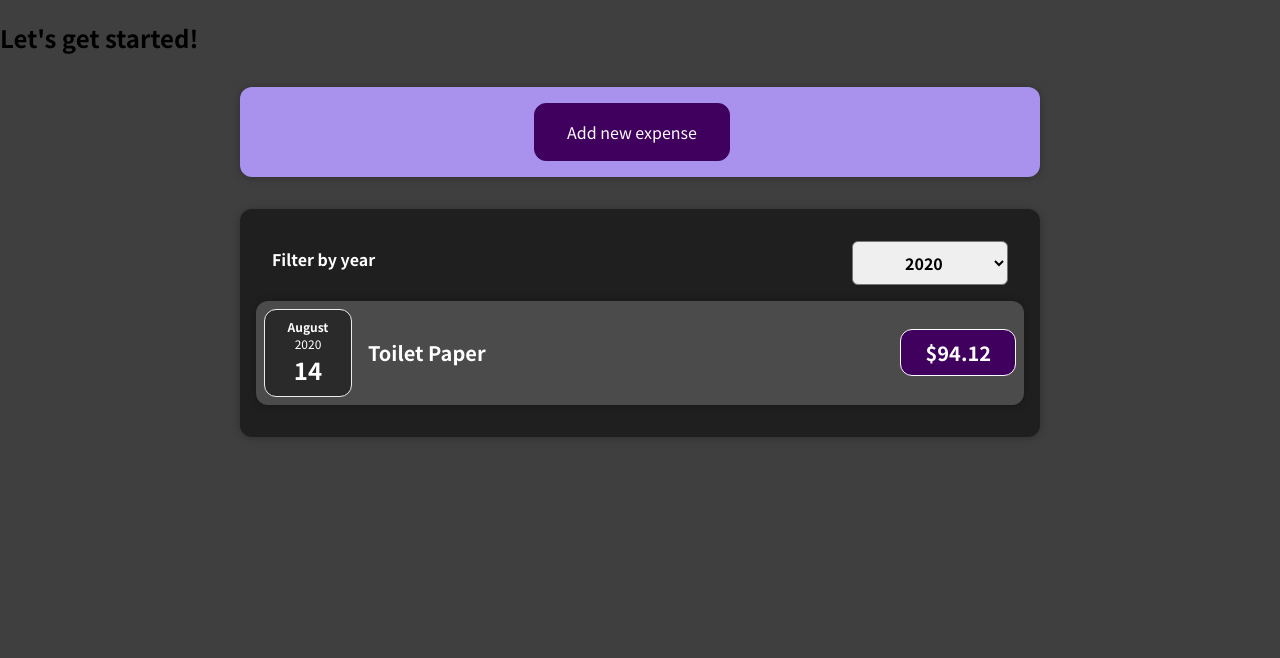
Repository: Dark-Developer93/react-complete-guide
Page: /
These files come from the project's save history. The page is drawn as it stood at one moment and after the next save; the edit follows.
The browser window is 1280 px wide. The pictures show the whole page.
The project was rebuilt for these pictures with package versions that can differ from the ones it lists, and the page was loaded fresh each time.

Above is the page before, as saved 2022-11-05 09:43:37.

### src/App.js
import React, { useState } from "react";
import Expenses from "./components/Expenses/Expenses";
import NewExpense from "./components/NewExpense/NewExpense";

const IntialExpenses = [
  {
    id: "e1",
    title: "Toilet Paper",
    amount: 94.12,
    date: new Date(2020, 7, 14),
  },
  {
    id: "e2",
    title: "New TV",
    amount: 799.49,
    date: new Date(2021, 2, 12),
  },
  {
    id: "e3",
    title: "Car Insurance",
    amount: 294.67,
    date: new Date(2021, 2, 28),
  },
  {
    id: "e4",
    title: "New Desk (Wooden)",
    amount: 450,
    date: new Date(2021, 5, 12),
  },
];

const App = () => {
  const [expenses, SetExpenses] = useState(IntialExpenses);

  const addExpenseHandler = (expense) => {
    SetExpenses((prevExpenses) => {
      return [expense, ...prevExpenses];
    });
  };

  return (
    <div>
      <h2>Let's get started!</h2>
      <NewExpense onAddExpnese={addExpenseHandler} />
      <Expenses items={expenses} />
    </div>
  );
};

export default App;

### src/components/Expenses/Expenses.js
import React, { useState } from "react";

import "./Expenses.css";
import Card from "../UI/Card";
import ExpensesFilter from "./ExpensesFilter";
import ExpensesList from "./ExpensesList";

const Expenses = (props) => {
  const [filteredYear, setFilteredYear] = useState("2020");
  const filterChangeHandler = (selectedYear) => {
    setFilteredYear(selectedYear);
    console.log(selectedYear);
  };
  const filteredExpense = props.items.filter((expense) => {
    return expense.date.getFullYear().toString() === filteredYear;
  });

  return (
    <Card className="expenses">
      <ExpensesFilter
        onChangeFilter={filterChangeHandler}
        selected={filteredYear}
      />
      <ExpensesList items={filteredExpense} />
    </Card>
  );
};

export default Expenses;

### src/components/NewExpense/NewExpense.js
import React from "react";
import "./NewExpense.css";
import ExpenseForm from "./ExpenseForm";

const NewExpense = (props) => {
  const saveExpenseDataHandler = (enteredExpenseData) => {
    const expenseData = {
      ...enteredExpenseData,
      id: Math.random().toString(),
    };
    props.onAddExpnese(expenseData);
  };
  return (
    <div className="new-expense">
      <ExpenseForm onSaveExpenseDate={saveExpenseDataHandler} />
    </div>
  );
};

export default NewExpense;

### src/components/Expenses/ExpensesFilter.js
import React from "react";

import "./ExpensesFilter.css";

const ExpensesFilter = (props) => {
  const dropDownChangeHandler = (e) => {
    props.onChangeFilter(e.target.value);
  };
  return (
    <div className="expenses-filter">
      <div className="expenses-filter__control">
        <label>Filter by year</label>
        <select onChange={dropDownChangeHandler} value={props.selected}>
          <option value="2022">2022</option>
          <option value="2021">2021</option>
          <option value="2020">2020</option>
          <option value="2019">2019</option>
        </select>
      </div>
    </div>
  );
};

export default ExpensesFilter;

### src/components/Expenses/ExpensesList.js
import React from "react";

import ExpenseItem from "./ExpenseItem";
import "./ExpensesList.css";

const ExpensesList = (props) => {
  if (props.items.length === 0) {
    return <h2 className="expenses-list__fallback">Found no expenses.</h2>;
  }
  return (
    <ul className="expenses-list">
      {props.items.map((expense) => (
        <ExpenseItem
          key={expense.id}
          title={expense.title}
          amount={expense.amount}
          date={expense.date}
        />
      ))}
    </ul>
  );
};

export default ExpensesList;

### src/components/NewExpense/NewExpense.css
.new-expense {
  background-color: #a892ee;
  padding: 1rem;
  margin: 2rem auto;
  width: 50rem;
  max-width: 95%;
  border-radius: 12px;
  text-align: center;
  box-shadow: 0 1px 8px rgba(0, 0, 0, 0.25);
}

.new-expense button {
  font: inherit;
  cursor: pointer;
  padding: 1rem 2rem;
  border: 1px solid #40005d;
  background-color: #40005d;
  color: white;
  border-radius: 12px;
  margin-right: 1rem;
}

.new-expense button:hover,
.new-expense button:active {
  background-color: #510674;
  border-color: #510674;
}

.new-expense button.alternative {
  color: #220131;
  border-color: transparent;
  background-color: transparent;
}

.new-expense button.alternative:hover,
.new-expense button.alternative:active {
  background-color: #ddb3f8;
}

### src/components/NewExpense/ExpenseForm.js
import React, { useState } from "react";
import "./ExpenseForm.css";

const ExpenseForm = (props) => {
  const [enteredTitle, setEnteredTitle] = useState("");
  const [enteredAmount, setEnteredAmount] = useState("");
  const [enteredDate, setEnteredDate] = useState("");
  // const [userInput, setUserInput] = useState({
  //   enteredTitle: "",
  //   enteredAmount: "",
  //   enteredDate: "",
  // });
  const titleChangeHandler = (e) => {
    setEnteredTitle(e.target.value);
    // setUserInput((prevState) => {
    //   return { ...prevState, enteredTitle: e.target.value };
    // });
  };
  const amountChangeHandler = (e) => {
    setEnteredAmount(e.target.value);
    // setUserInput((prevState) => {
    //   return { ...prevState, enteredAmount: e.target.value };
    // });
  };
  const dateChangeHandler = (e) => {
    setEnteredDate(e.target.value);
    // setUserInput((prevState) => {
    //   return { ...prevState, enteredDate: e.target.value };
    // });
  };
  const submitHandler = (e) => {
    e.preventDefault();
    const enteredData = {
      title: enteredTitle,
      amount: enteredAmount,
      date: new Date(enteredDate),
    };
    props.onSaveExpenseDate(enteredData);
    setEnteredTitle("");
    setEnteredAmount("");
    setEnteredDate("");
    setClicked(false);
  };
  const [clicked, setClicked] = useState(false);

  const addNewExpenseHandler = () => {
    setClicked(true);
  };
  const cancelExpenseHandler = () => {
    setClicked(false);
  };
  if (clicked === true) {
    return (
      <form onSubmit={submitHandler}>
        <div className="new-expense__controls">
          <div className="new-expense__control">
            <label>Title</label>
            <input
              type="text"
              onChange={titleChangeHandler}
              value={enteredTitle}
            />
          </div>
          <div className="new-expense__control">
            <label>Amount</label>
            <input
              type="number"
              min="0.01"
              step="0.01"
              onChange={amountChangeHandler}
              value={enteredAmount}
            />
          </div>
          <div className="new-expense__control">
            <label>Date</label>
            <input
              type="date"
              min="2019-01-01"
              max="2022-12-31"
              onChange={dateChangeHandler}
              value={enteredDate}
            />
          </div>
        </div>
        <div className="new-expense__actions">
          <button type="button" onClick={cancelExpenseHandler}>
            Cancel
          </button>
          <button type="submit">Add Expense</button>
        </div>
      </form>
    );
  }
  return <button onClick={addNewExpenseHandler}>Add new expense</button>;
};

export default ExpenseForm;

### src/components/Expenses/ExpenseItem.js
import "./ExpenseItem.css";
import ExpenseDate from "./ExpenseDate";
import Card from "../UI/Card";

const ExpenseItem = (props) => {
  const { title, amount, date } = props;
  return (
    <li>
      <Card className="expense-item">
        <ExpenseDate date={date} />
        <div className="expense-item__description">
          <h2>{title}</h2>
          <div className="expense-item__price">${amount}</div>
        </div>
      </Card>
    </li>
  );
};

export default ExpenseItem;

### src/components/Expenses/ExpenseItem.css
.expense-item {
  display: flex;
  justify-content: space-between;
  align-items: center;
  padding: 0.5rem;
  margin: 1rem 0;
  background-color: #4b4b4b;
}

.expense-item__description {
  display: flex;
  flex-direction: column;
  gap: 1rem;
  align-items: flex-end;
  flex-flow: column-reverse;
  justify-content: flex-start;
  flex: 1;
}

.expense-item h2 {
  color: #3a3a3a;
  font-size: 1rem;
  flex: 1;
  margin: 0 1rem;
  color: white;
}

.expense-item__price {
  font-size: 1rem;
  font-weight: bold;
  color: white;
  background-color: #40005d;
  border: 1px solid white;
  padding: 0.5rem;
  border-radius: 12px;
}

@media (min-width: 580px) {
  .expense-item__description {
    flex-direction: row;
    align-items: center;
    justify-content: flex-start;
    flex: 1;
  }

  .expense-item__description h2 {
    font-size: 1.25rem;
  }

  .expense-item__price {
    font-size: 1.25rem;
    padding: 0.5rem 1.5rem;
  }
}

### src/components/Expenses/ExpenseDate.js
import "./ExpenseDate.css";
const ExpenseDate = (props) => {
  const month = props.date.toLocaleDateString("en-US", { month: "long" });
  const year = props.date.getFullYear();
  const day = props.date.toLocaleDateString("en-US", { day: "numeric" });
  return (
    <div className="expense-date">
      <div className="expense-date__month">{month}</div>
      <div className="expense-date__year">{year}</div>
      <div className="expense-date__day">{day}</div>
    </div>
  );
};

export default ExpenseDate;

Loaded but not shown: public/index.html (common file); src/index.js (common file); src/index.css (common file); src/components/Expenses/Expenses.css (common file); src/components/UI/Card.js (common file); src/components/UI/Card.css (common file); src/components/Expenses/ExpensesFilter.css (common file); src/components/Expenses/ExpensesList.css (common file); src/components/Expenses/ExpenseDate.css (common file); src/components/NewExpense/ExpenseForm.css (common file)

After the next save:
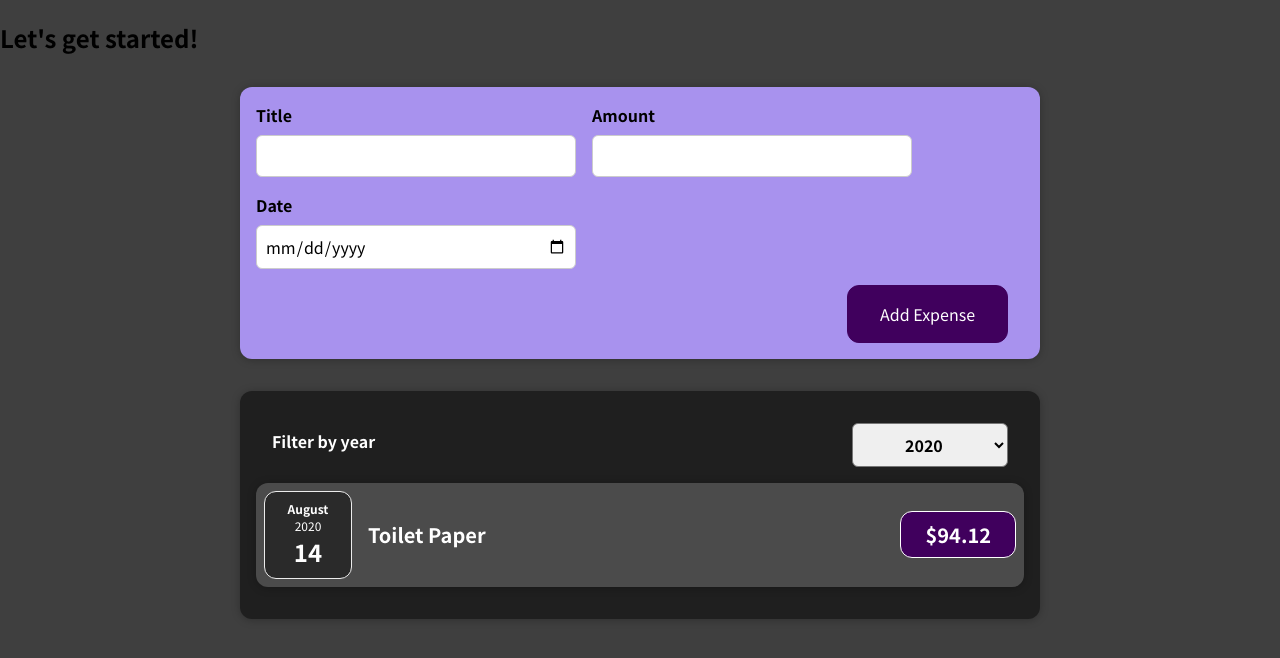
Saved 2 min 27 s later.
--- a/src/components/NewExpense/ExpenseForm.js
+++ b/src/components/NewExpense/ExpenseForm.js
@@ -39,59 +39,44 @@ const ExpenseForm = (props) => {
     setEnteredTitle("");
     setEnteredAmount("");
     setEnteredDate("");
-    setClicked(false);
   };
-  const [clicked, setClicked] = useState(false);
-
-  const addNewExpenseHandler = () => {
-    setClicked(true);
-  };
-  const cancelExpenseHandler = () => {
-    setClicked(false);
-  };
-  if (clicked === true) {
-    return (
-      <form onSubmit={submitHandler}>
-        <div className="new-expense__controls">
-          <div className="new-expense__control">
-            <label>Title</label>
-            <input
-              type="text"
-              onChange={titleChangeHandler}
-              value={enteredTitle}
-            />
-          </div>
-          <div className="new-expense__control">
-            <label>Amount</label>
-            <input
-              type="number"
-              min="0.01"
-              step="0.01"
-              onChange={amountChangeHandler}
-              value={enteredAmount}
-            />
-          </div>
-          <div className="new-expense__control">
-            <label>Date</label>
-            <input
-              type="date"
-              min="2019-01-01"
-              max="2022-12-31"
-              onChange={dateChangeHandler}
-              value={enteredDate}
-            />
-          </div>
+  return (
+    <form onSubmit={submitHandler}>
+      <div className="new-expense__controls">
+        <div className="new-expense__control">
+          <label>Title</label>
+          <input
+            type="text"
+            onChange={titleChangeHandler}
+            value={enteredTitle}
+          />
         </div>
-        <div className="new-expense__actions">
-          <button type="button" onClick={cancelExpenseHandler}>
-            Cancel
-          </button>
-          <button type="submit">Add Expense</button>
+        <div className="new-expense__control">
+          <label>Amount</label>
+          <input
+            type="number"
+            min="0.01"
+            step="0.01"
+            onChange={amountChangeHandler}
+            value={enteredAmount}
+          />
         </div>
-      </form>
-    );
-  }
-  return <button onClick={addNewExpenseHandler}>Add new expense</button>;
+        <div className="new-expense__control">
+          <label>Date</label>
+          <input
+            type="date"
+            min="2019-01-01"
+            max="2022-12-31"
+            onChange={dateChangeHandler}
+            value={enteredDate}
+          />
+        </div>
+      </div>
+      <div className="new-expense__actions">
+        <button type="submit">Add Expense</button>
+      </div>
+    </form>
+  );
 };
 
 export default ExpenseForm;
